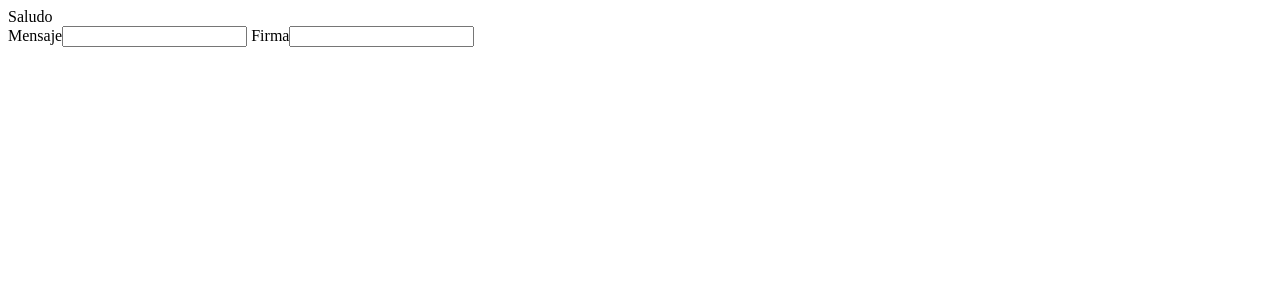
Repository: juvaga2000/eclipsetemp
Page: EjerciciosT1/src/main/webapp/ejer1B.html
These files come from the project's save history. The page is drawn as it stood at one moment and after the next save; the edit follows.
The browser window is 1280 px wide. The pictures show the whole page.

Above is the page before, as saved 2022-10-03 10:48:31.

After the next save:
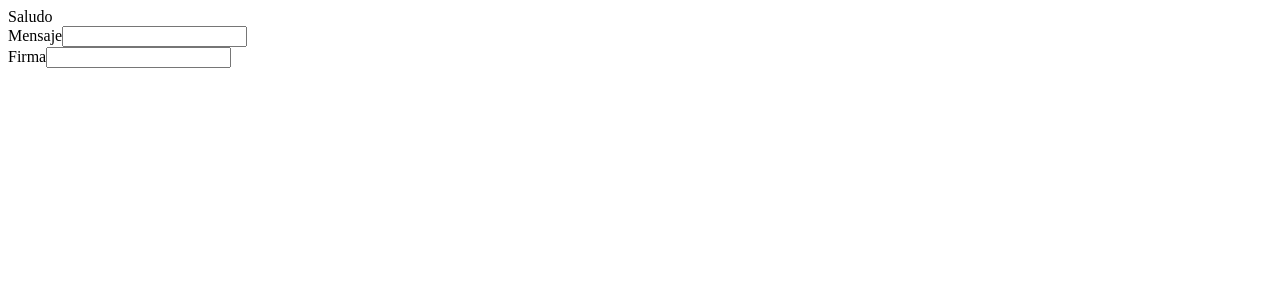
Saved 12 s later.
--- a/EjerciciosT1/src/main/webapp/ejer1B.html
+++ b/EjerciciosT1/src/main/webapp/ejer1B.html
@@ -6,7 +6,7 @@
 <body>
 Saludo
 <form action="ejer1HolaMundoB" method="post">
-	Mensaje<input type="text">
+	Mensaje<input type="text"><br>
 	Firma<input type="text">
 </form>
 </body>
